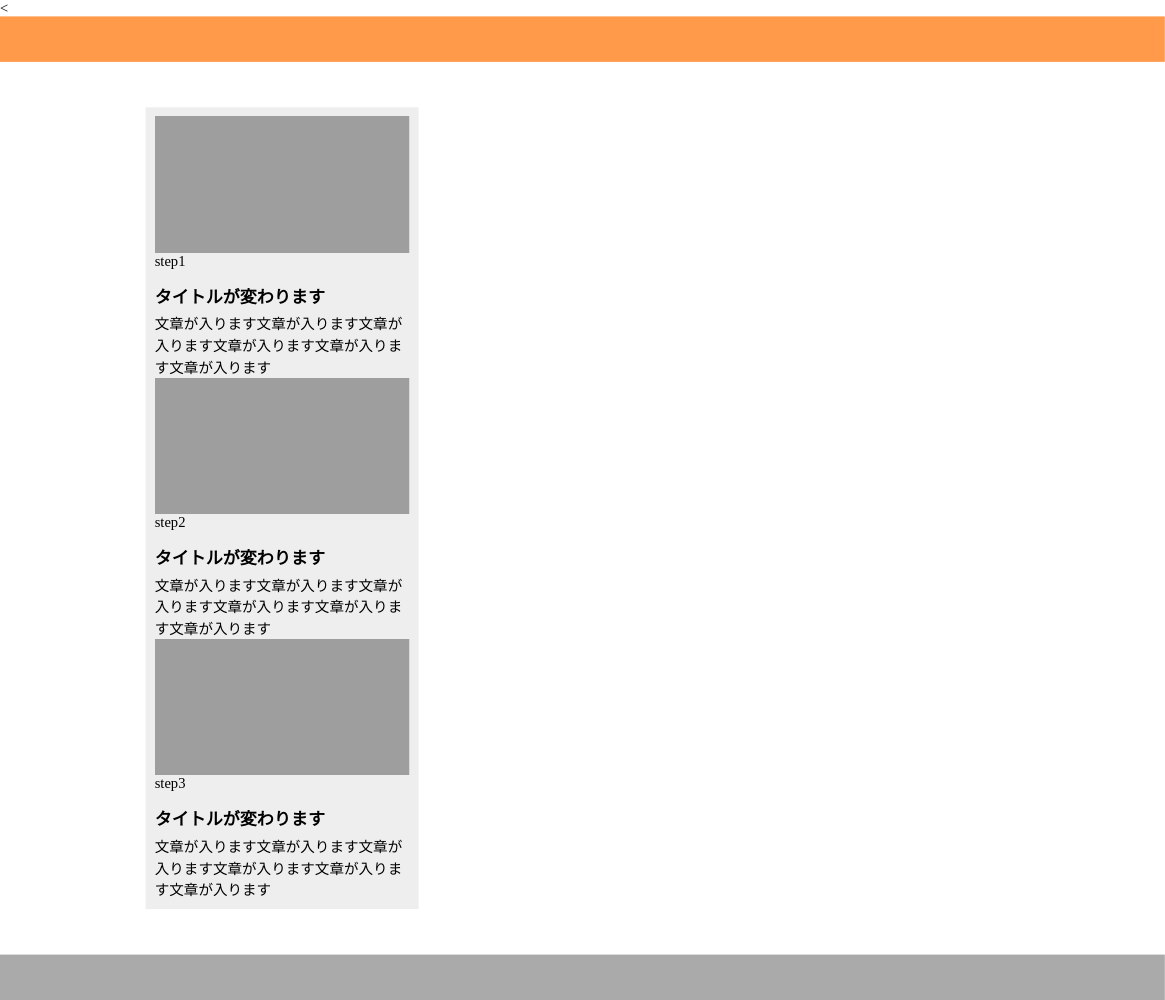
Repository: Y-takumi0/DMMwebcamp
Page: exercise/chapter9.html
The author's editor kept a record of every edit. The page is drawn from the files as they stood at one moment, then again after the next edit.
The browser window is 1280 px wide. The pictures show the whole page, at 91% of full size.
Pictures or frames that could not be fetched are drawn as grey boxes.

Above is the page before.

After the next edit:
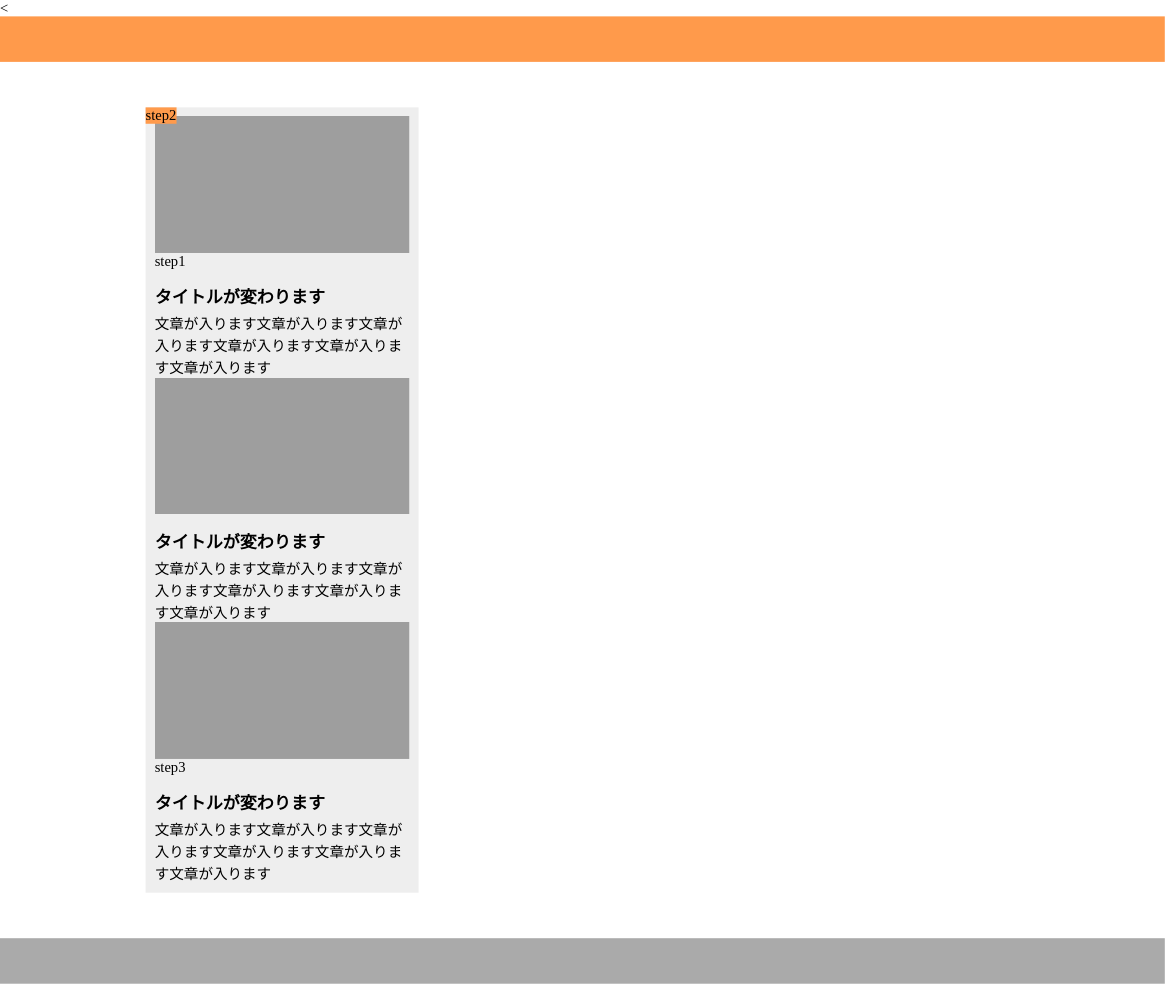
The edit:
--- a/exercise/chapter9.html
+++ b/exercise/chapter9.html
@@ -15,7 +15,7 @@
           <h3 class="title">タイトルが変わります</h3>
           <p>文章が入ります文章が入ります文章が入ります文章が入ります文章が入ります文章が入ります</p>
           <div class="box-img2"></div>
-          <span class="box-step2">step2</span>
+          <span class="box-step">step2</span>
           <h3 class="title">タイトルが変わります</h3>
           <p>文章が入ります文章が入ります文章が入ります文章が入ります文章が入ります文章が入ります</p>
           <div class="box-img3"></div>
